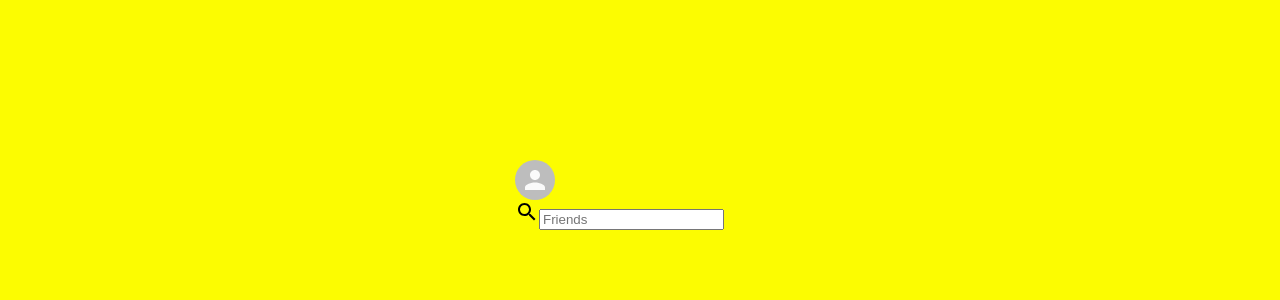
Repository: om1ars/camera-func
Page: /chats
These files come from the project's save history. The page is drawn as it stood at one moment and after the next save; the edit follows.
The browser window is 1280 px wide. The pictures show the whole page.
The project was rebuilt for these pictures with package versions that can differ from the ones it lists, and the page was loaded fresh each time. Also part of the build but not shown: src/WebcamCapture.css, src/WebCamCapture.js, src/Preview.css, src/firebase.js, src/Preview.js.

Above is the page before, as saved 2021-11-24 16:50:04.

### src/index.js
import React from 'react';
import ReactDOM from 'react-dom';
import './index.css';
import App from './App';
import reportWebVitals from './reportWebVitals';
import { Provider } from 'react-redux';
import { store } from './features/store';

ReactDOM.render(
  <React.StrictMode>
    <Provider store={store}>
    <App />
    </Provider>
  </React.StrictMode>,
  document.getElementById('root')
);

// If you want to start measuring performance in your app, pass a function
// to log results (for example: reportWebVitals(console.log))
// or send to an analytics endpoint. Learn more: https://bit.ly/CRA-vitals
reportWebVitals();

### src/App.js
import "./App.css";
import WebCamCapture from "./WebCamCapture";
import { BrowserRouter, Switch, Route } from "react-router-dom";
import Preview from "./Preview";
import Cahts from "./Cahts";

function App() {
  return (
    <div className="app">
      <BrowserRouter>
        <div className="app__body">
          <Switch>
            <Route exact path="/">
              <WebCamCapture />
            </Route>
            <Route path="/preview">
              <Preview />
            </Route>
            <Route path="/chats">
              <Cahts />
            </Route>
          </Switch>
        </div>
      </BrowserRouter>
    </div>
  );
}

export default App;

### src/features/store.js
import reducers from "./reducers";

const { configureStore } = require("@reduxjs/toolkit");



export const store = configureStore({
    reducer: reducers
})

### src/App.css
.app {
  display: flex;
  flex-direction: column;
  align-items: center;
  justify-content: center;
  background-color: #fcfc01;
  min-height: 100vh;
}

### src/Cahts.js
import { Avatar } from '@material-ui/core'
import { Search } from '@material-ui/icons'
import React from 'react'
import './Chats.css'

export default function Cahts() {
    return (
        <div className='chats'>
            <div className='chats__header'>
                <Avatar className='chats__avatar' />
                <div className='chats__search'>
                    <Search />
                    <input placeholder='Friends' className='chats__chatIcon' />
                </div>
            </div>
        </div>
    )
}

### src/features/reducers.js
import { combineReducers } from "redux";
import appSlice from "./slices/appSlice";
import cameraSlice from "./slices/cameraSlice";
import userSlice from "./slices/userSlice";

export default combineReducers({
  user: userSlice,
  app: appSlice,
  camera: cameraSlice,
});

### src/features/slices/cameraSlice.js
import { createSlice } from "@reduxjs/toolkit";

const initialState = {
  cameraImage: null,
};

const cameraSlice = createSlice({
  name: "camera",
  initialState,
  reducers: {
    setCameraImage(state, action) {
      state.cameraImage = action.payload;
    },
    resetCameraImage(state, action) {
      state.cameraImage = null;
    },
  },
});

export const { setCameraImage, resetCameraImage } = cameraSlice.actions;
export const selectedCameraImage = (state) => state.camera.cameraImage;
export default cameraSlice.reducer;

### src/Chats.css
.chats{
    position: relative;
    height: 400px;
    width: 250px;
}

### src/features/slices/appSlice.js
import { createSlice } from "@reduxjs/toolkit";

const appSlice = createSlice({
  name: "app",
  initialState: {
    value: 0,
  },
  reducers: {},
});

export const {} = appSlice.actions;
export const selectApp = (state) => state.app.value;
export default appSlice.reducer;

### src/features/slices/userSlice.js
import { createSlice } from "@reduxjs/toolkit";

const initialState = {
  user: null,
};

const userSlice = createSlice({
  name: "user",
  initialState,
  reducers: {},
});

export const {} = userSlice.actions;
export default userSlice.reducer;

Loaded but not shown: public/index.html (common file); src/index.css (common file); src/reportWebVitals.js (common file)

After the next save:
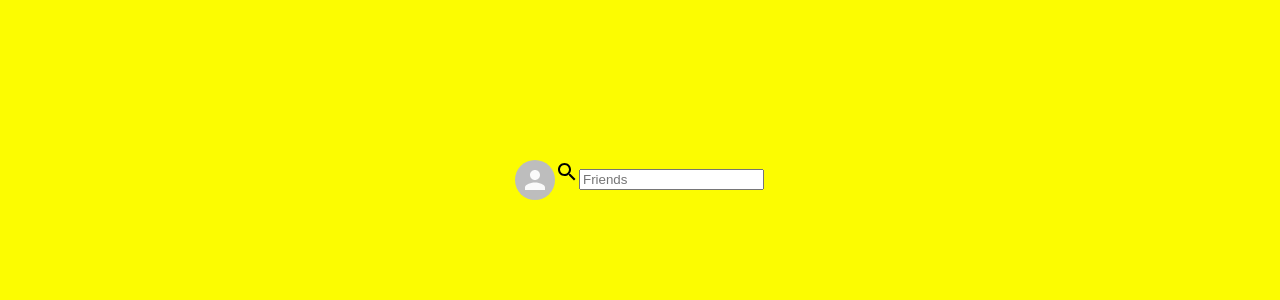
Saved 10 s later.
--- a/src/Chats.css
+++ b/src/Chats.css
@@ -2,4 +2,8 @@
     position: relative;
     height: 400px;
     width: 250px;
+    height: 400px;
 }
+.chats__header {
+    display: flex;
+}
